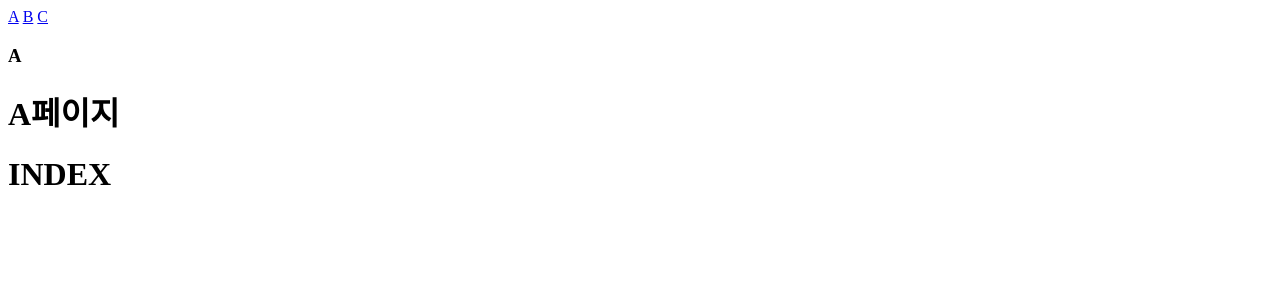
Repository: blueochild/jsp-study
Page: http://localhost/test/index.jsp?section=A
An editor plug-in stored every save of this project. The page is shown before and after the next save, followed by the edit.
The browser window is 1280 px wide. The pictures show the whole page.
The page is served by Tomcat 9.

Above is the page before, as saved 2020-12-07 04:14:18.

After the next save:
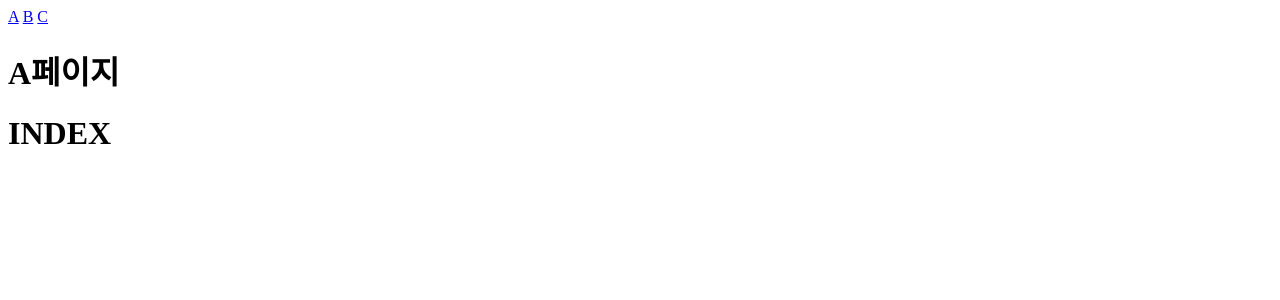
Saved 8 min 52 s later.
--- a/Test_Education_JSP/test/WebContent/index.jsp
+++ b/Test_Education_JSP/test/WebContent/index.jsp
@@ -13,7 +13,6 @@
 	<%
 		String section = request.getParameter("section") != null ? request.getParameter("section") : "";
 	%>
-	<h3><% out.println(section); %></h3>
 	<%
 		switch(section){
 			case "A":
